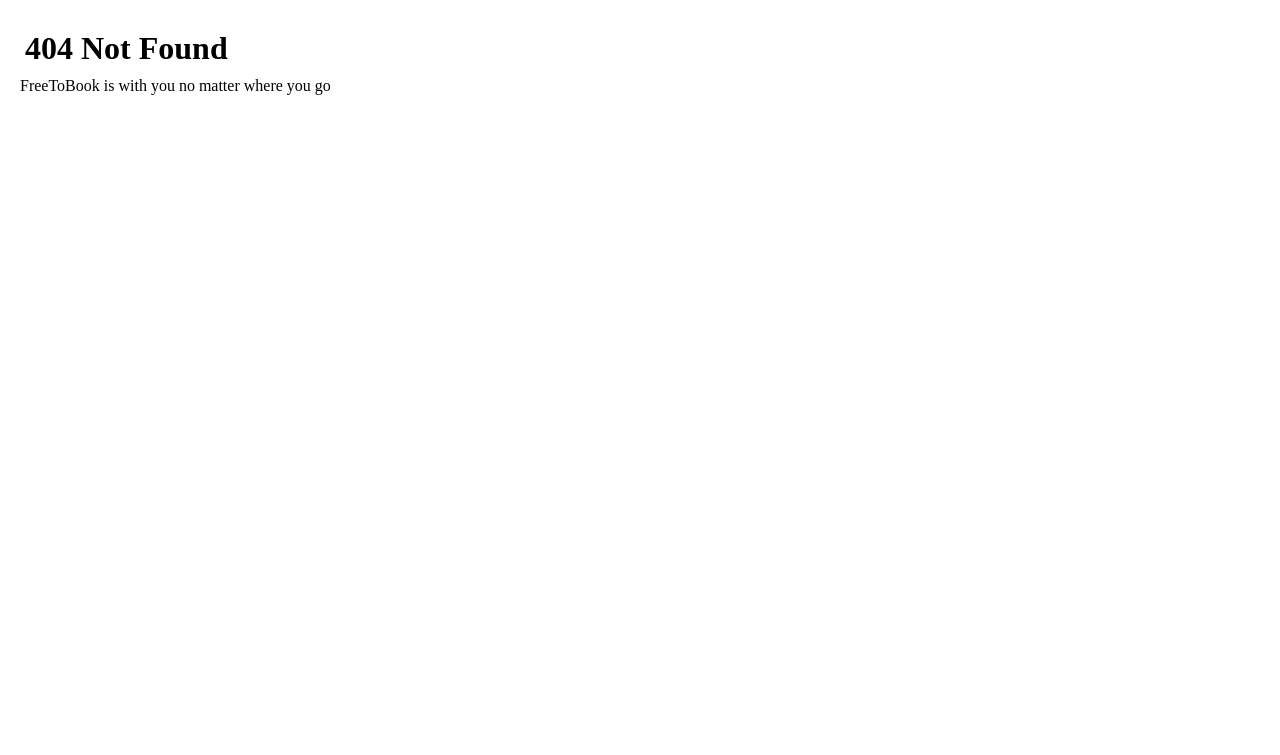
Repository: btgoo/game
Page: car.html
The author's editor kept a copy of each file at every save. The page is drawn from the files as they stood at one save, then again after a run of saves.
The browser window is 1280 px wide. The pictures show the whole page.

Above is the page before, as saved 2025-10-26 02:56:46.
Console error: SyntaxError: Unexpected identifier 'canvas'

### car.html
<!DOCTYPE html>
<script src="carscript.js" defer type="module"></script>
<link rel="stylesheet" href="car_style.css">
<html lang="en">
<head>
    <meta charset="UTF-8">
    <meta http-equiv="X-UA-Compatible" content="IE=edge" />
    <meta name="viewport" content="width=device-width, initial-scale=1.0">
    <title>CarGo</title>
</head>
<body>
    <h1>404 Not Found</h1>
    FreeToBook is with you no matter where you go
    <p id="demo"></p>
    <canvas id="game">
    </canvas>
</body>
 </html>

### carscript.js
const canvas = document.getElementById("game");
const ctx = canvas.getContext("2d");

const GAME_WIDTH = 1200;
const GAME_HEIGHT = 600;
const PLAYER_WIDTH = 160;
const PLAYER_HEIGHT = 90;
const CACTI_WIDTH = 78;
const CACTI_Height = 90;

const NUM_LANES = 5;

const obstacleData = [
    {src: "./assets/car_images/cactus_1.png", width:CACTI_WIDTH, height:CACTI_WIDTH},
    {src: "./assets/car_images/cactus_2.png", width:CACTI_WIDTH, height:CACTI_Height},
    {src: "./assets/car_images/cactus_3.png", width:CACTI_WIDTH, height:CACTI_Height},
    {src: "./assets/car_images/cactus_1.png", width:CACTI_WIDTH, height:CACTI_WIDTH},
    {src: "./assets/car_images/cactus_2.png", width:CACTI_WIDTH, height:CACTI_Height},
    {src: "./assets/car_images/cactus_3.png", width:CACTI_WIDTH, height:CACTI_Height},
    {src: "./assets/car_images/tumbleweed.png", width:CACTI_WIDTH, height:CACTI_WIDTH},
    {src: "./assets/car_images/red_car.png", width:PLAYER_WIDTH, height:PLAYER_HEIGHT},
    {src: "./assets/car_images/green_car.png", width:PLAYER_WIDTH, height:PLAYER_HEIGHT},
];

let obstacleImgs = [];
obstacleData.forEach(data => {
    const img = new Image();
    img.src = data.src;
    img.width = data.width;
    img.height = data.height;
    obstacleImgs.push(img);
});

const explosionImg = new Image();
explosionImg.src = "./assets/car_images/explosion_sprite.png";

let explosions = [];

let scaleRatio = null;
let backgroundX = 0;
let gameSpeed = 3;
let speedIncreaseRate = 0.0001;

let gameRunning = false;
let gameOver = false;

let score = 0;
let maxScore = 0;

let car = {
  x: GAME_WIDTH / 24,
  width: PLAYER_WIDTH,
  height: PLAYER_HEIGHT,
  lane: 2,
};

let obstacles = [];
let obstacleTimer = 0;
let obstacleInterval = 80;
let lanes = [];

function setupLanes() {
  const laneHeight = GAME_HEIGHT / NUM_LANES;
  lanes = [];
  for (let i = 0; i < NUM_LANES; i++) {
    lanes.push(laneHeight * i + (laneHeight - car.height) / 2);
  }
  car.y = lanes[car.lane];
}

function getScaleRatio() {
  const screenHeight = Math.min(window.innerHeight, document.documentElement.clientHeight);
  const screenWidth = Math.min(window.innerWidth, document.documentElement.clientWidth);

  if (screenWidth / screenHeight < GAME_WIDTH / GAME_HEIGHT) {
    return screenWidth / GAME_WIDTH;
  } else {
    return screenHeight / GAME_HEIGHT;
  }
}

function setScreen() {
  scaleRatio = getScaleRatio();
  if (GAME_WIDTH * scaleRatio
  canvas.width = GAME_WIDTH * scaleRatio;
  canvas.height = GAME_HEIGHT * scaleRatio;
  setupLanes();
}

setScreen();
window.addEventListener("resize", () => {
  setScreen();
  drawScene();
});

const backgroundImg = new Image();
backgroundImg.src = "./assets/car_images/background.png";

const carImg = new Image();
carImg.src = "./assets/car_images/blue_car.png";

backgroundImg.onload = requestAnimationFrame(gameLoop);
carImg.onload = () => requestAnimationFrame(gameLoop);

backgroundImg.onload = drawStartScreen;
carImg.onload = drawStartScreen;


function drawStartScreen() {
    drawScene();
    ctx.fillStyle = "rgba(0, 0, 0, 0.5)";
    ctx.fillRect(0, 0, canvas.width, canvas.height);

    ctx.fillStyle = "white";
    ctx.font = `${40 * scaleRatio}px Arial`;
    ctx.textAlign = "center";
    ctx.fillText("Press any key to start", canvas.width / 2, canvas.height / 2);
}

function drawScene() {
    ctx.clearRect(0, 0, canvas.width, canvas.height);

    const bgWidth = canvas.width;
    const bgHeight = canvas.height;
    let bgX = -backgroundX * scaleRatio;

    ctx.drawImage(backgroundImg, bgX, 0, bgWidth, bgHeight);
    ctx.drawImage(backgroundImg, bgX + bgWidth, 0, bgWidth, bgHeight);

    ctx.fillStyle = "white";
    ctx.font = `bold ${20}px Verdana`;
    ctx.textAlign = "left";
    ctx.fillText(`Score: ${score}    Max: ${maxScore}`, 20 * scaleRatio, 40 * scaleRatio);

    if (backgroundX * scaleRatio >= bgWidth) backgroundX = 0;

    obstacles.forEach((ob) => {
        ctx.drawImage(
        ob.img,
        ob.x * scaleRatio,
        ob.y * scaleRatio,
        ob.width * scaleRatio,
        ob.height * scaleRatio
        );
    });

    if (!gameOver) {
        ctx.drawImage(
            carImg,
            car.x * scaleRatio,
            car.y * scaleRatio,
            car.width * scaleRatio,
            car.height * scaleRatio
        );
    }
    explosions.forEach((ex, i) => {
        const frameWidth = explosionImg.width / ex.maxFrames;
        const frameHeight = explosionImg.height;

        ctx.drawImage(
            explosionImg,
            frameWidth * ex.frame,
            0,
            frameWidth,
            frameHeight,
            ex.x * scaleRatio,
            ex.y * scaleRatio,
            ex.width * scaleRatio,
            ex.height * scaleRatio
        );

        ex.tick++;
        if (ex.tick % ex.frameSpeed === 0) {
            ex.frame++;
        }
        if (ex.frame >= ex.maxFrames) {
            explosions.splice(i, 1);
        }
    });
    if (gameOver) {
        ctx.fillStyle = "rgba(0, 0, 0, 0.6)";
        ctx.fillRect(0, 0, canvas.width, canvas.height);
        ctx.fillStyle = "white";
        ctx.font = `${60 * scaleRatio}px Arial Black`;
        ctx.textAlign = "center";
        ctx.fillText("GAME OVER", canvas.width / 2, canvas.height / 2);
        ctx.font = `${30 * scaleRatio}px Arial`;
        ctx.fillText("Press any key to restart", canvas.width / 2, canvas.height / 2 + 60 * scaleRatio);
    }
}

function gameLoop() {
    if (gameRunning && !gameOver) {
        backgroundX += gameSpeed;

        obstacleTimer++;
        if (obstacleTimer > obstacleInterval) {
            spawnObstacle();
            obstacleTimer = 0;
            obstacleInterval = 100 + Math.random() * 10;
        }

        obstacles.forEach((ob) => {
            ob.x -= gameSpeed;

            if (!ob.counted && ob.x + ob.width < car.x) {
                score++;
                ob.counted = true;

                if (score > maxScore) {
                    maxScore = score;
                }
            }
        });

        obstacles = obstacles.filter((ob) => ob.x + ob.width > 0);

        checkCollisions();

        gameSpeed += speedIncreaseRate;

        drawScene();
    }
    requestAnimationFrame(gameLoop);
}
requestAnimationFrame(gameLoop);

function checkCollisions() {
    obstacles.forEach((ob, index) => {
      const carLeft = car.x;
      const carRight = car.x + car.width;
      const carTop = car.y;
      const carBottom = car.y + car.height;

      const obLeft = ob.x;
      const obRight = ob.x + ob.width-10;
      const obTop = ob.y;
      const obBottom = ob.y + ob.height;

      const horizontalOverlap = carLeft < obRight && carRight > obLeft;
      const verticalOverlap = carTop < obBottom && carBottom > obTop;

      if (horizontalOverlap && verticalOverlap) {
        spawnExplosion(car.x, car.y, car.width, car.height);
        setTimeout(setGameOver, 100);
      }
    });
}

function setGameOver(){
    gameRunning = false;
    gameOver = true
    drawScene();
}

function spawnObstacle() {
    const lane = Math.floor(Math.random() * NUM_LANES);
    const imgIndex = Math.floor(Math.random() * obstacleImgs.length);
    const chosenImg = obstacleImgs[imgIndex];

    const newObstacle = {
        x: GAME_WIDTH + 50,
        y: lanes[lane],
        width: chosenImg.width,
        height: chosenImg.height,
        lane: lane,
        img: chosenImg
    };
    obstacles.push(newObstacle);
}

function spawnExplosion(x, y, width, height) {
    explosions.push({
        x: x,
        y: y,
        width: width,
        height: height,
        frame: 0,
        maxFrames: 15,
        frameSpeed: 3,
        tick: 0
    });
}

window.addEventListener("keydown", (e) => {
    if (!gameRunning && !gameOver) {
      // start
      gameRunning = true;
        obstacles = [];
        explosions = [];
        backgroundX = 0;
        gameSpeed = 3;
        score = 0;
        drawScene();
    } else if (gameOver) {
      // restart
        gameOver = false;
        gameRunning = true;
        backgroundX = 0;
        obstacles = [];
        explosions = [];
        gameSpeed = 3;
        score = 0;
    } else {
      // move car if running
      if (e.key === "ArrowUp" && car.lane > 0) {
        car.lane--;
      } else if (e.key === "ArrowDown" && car.lane < NUM_LANES - 1) {
        car.lane++;
      }
      car.y = lanes[car.lane];
    }
});

### car_style.css
* {
    padding: 5px;
    padding-top: 10px;
    padding-bottom: 10px;
    margin: 0px;
}
body{
    padding-left: 15px;
    display:flex;
    flex-direction: column;
    height: 90vh;

    /* user-select: none;
    touch-action: none;
    -webkit-touch-callout: none;
    -webkit-user-select: none;
    -khtml-user-select: none;
    -moz-user-select: none;
    -ms-user-select: none;
    user-select: none;
    outline: none;
    -webkit-tap-highlight-color: rgba(255, 255, 255, 0); */
}

After the next 8 saves:
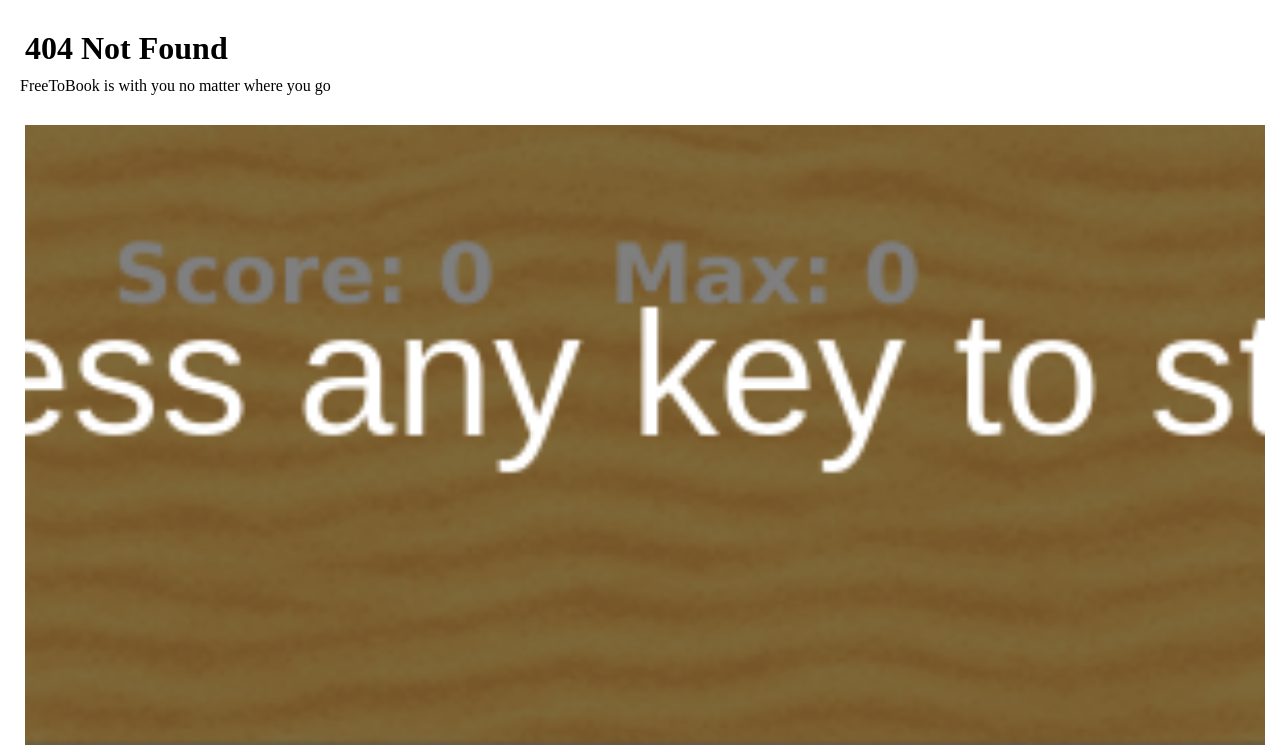
The error is gone.
The 8 saves are shown as one change because they came seconds apart.
The last was saved 20 s later.
--- a/carscript.js
+++ b/carscript.js
@@ -81,9 +81,10 @@
 
 function setScreen() {
   scaleRatio = getScaleRatio();
-  if (GAME_WIDTH * scaleRatio
+  if (GAME_WIDTH * scaleRatio < GAME_WIDTH){
   canvas.width = GAME_WIDTH * scaleRatio;
   canvas.height = GAME_HEIGHT * scaleRatio;
+  }
   setupLanes();
 }
 
